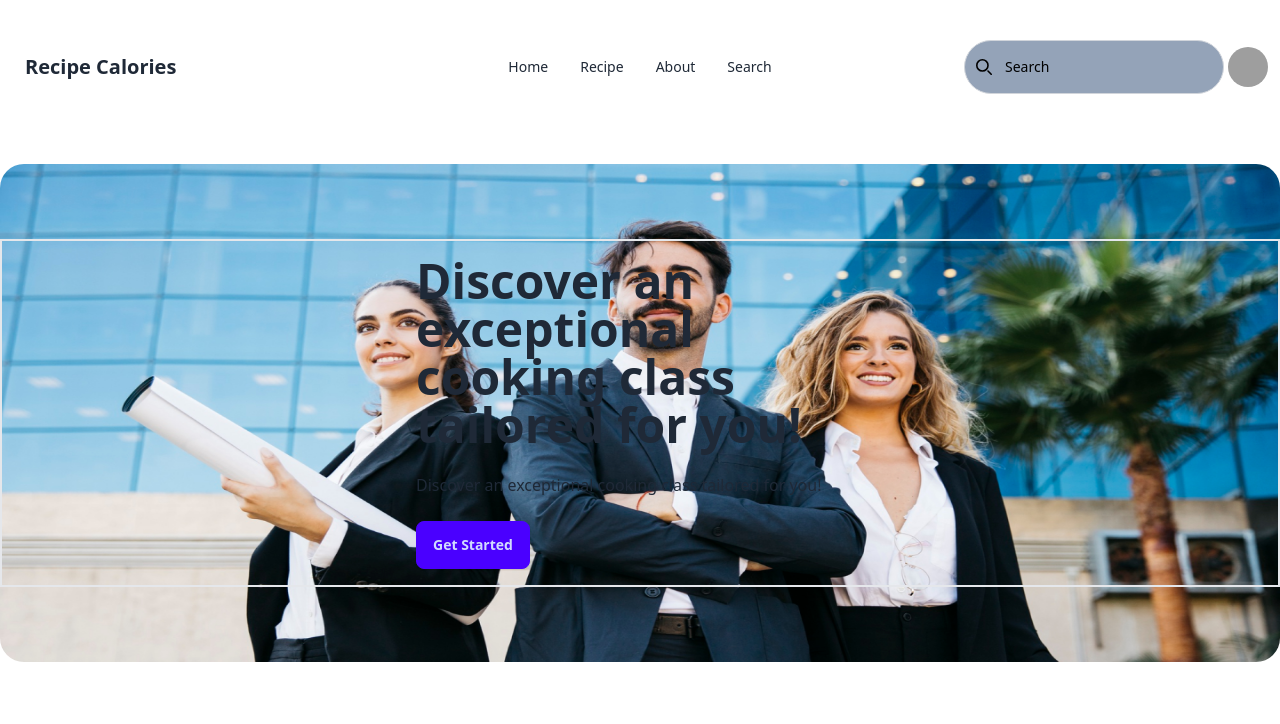
Repository: RudrasahaDibos/Chefs-table
Page: /
The author's editor kept a copy of each file at every save. The page is drawn from the files as they stood at one save, then again after the next save.
The browser window is 1280 px wide. The pictures show the whole page.
Pictures or frames that could not be fetched are drawn as grey boxes. The project was rebuilt for these pictures with package versions that can differ from the ones it lists, and the page was loaded fresh each time. Also part of the build but not shown: vite.config.js, src/App.css.

Above is the page before, as saved 2024-12-19 09:49:02.

After the next save:
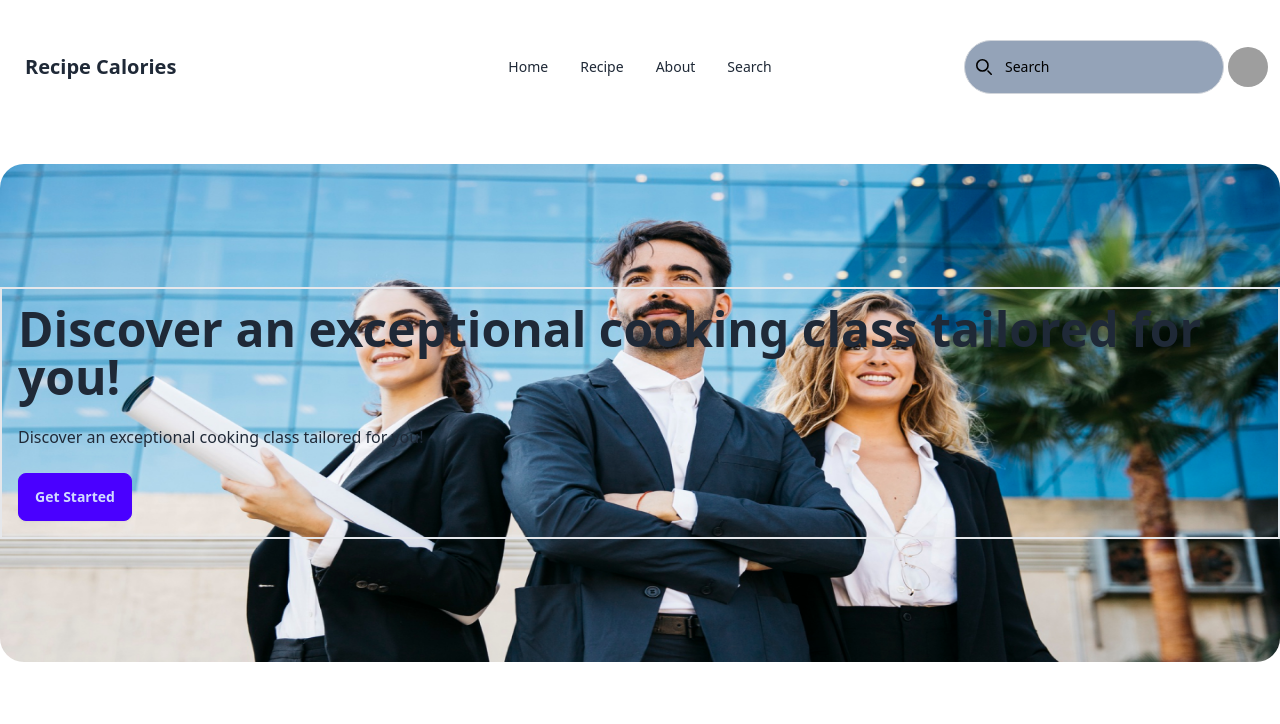
Saved 18 s later.
--- a/src/Component/Banner/Banner.jsx
+++ b/src/Component/Banner/Banner.jsx
@@ -6,7 +6,7 @@ const Banner = () => {
             <div className="hero ">
      <img src={img} alt="" className='h-4/5 w-full rounded-3xl' />
   <div className="hero-content border-2 w-full ">
-    <div className="max-w-md">
+    <div className="">
       <h1 className="text-5xl font-bold">Discover an exceptional cooking class tailored for you!</h1>
       <p className="py-6">
       Discover an exceptional cooking class tailored for you!
